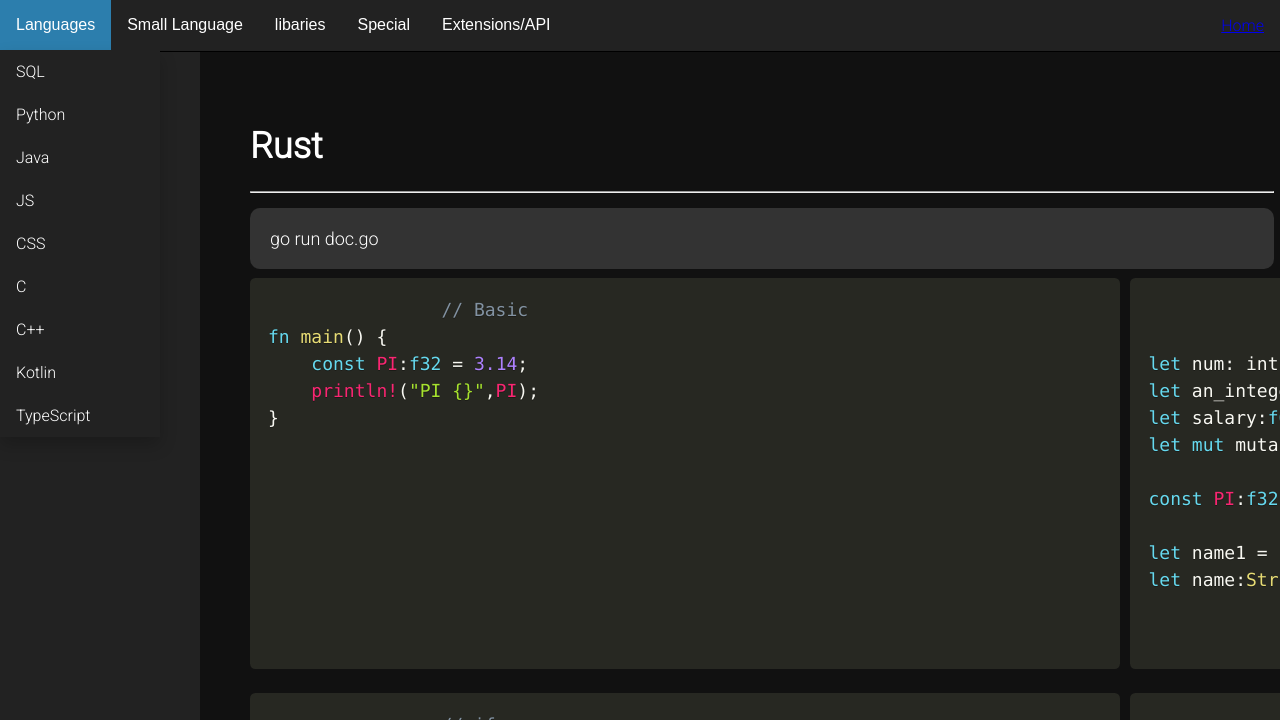
Repository: Max-Rohrhirsch/Max-Rohrhirsch.github.io
Page: documentation/small/rust.html
An editor plug-in stored every save of this project. The page is shown before and after the next save, followed by the edit.
The browser window is 1280 px wide. The pictures show the whole page.

Above is the page before, as saved 2023-10-25 21:22:02.

After the next save:
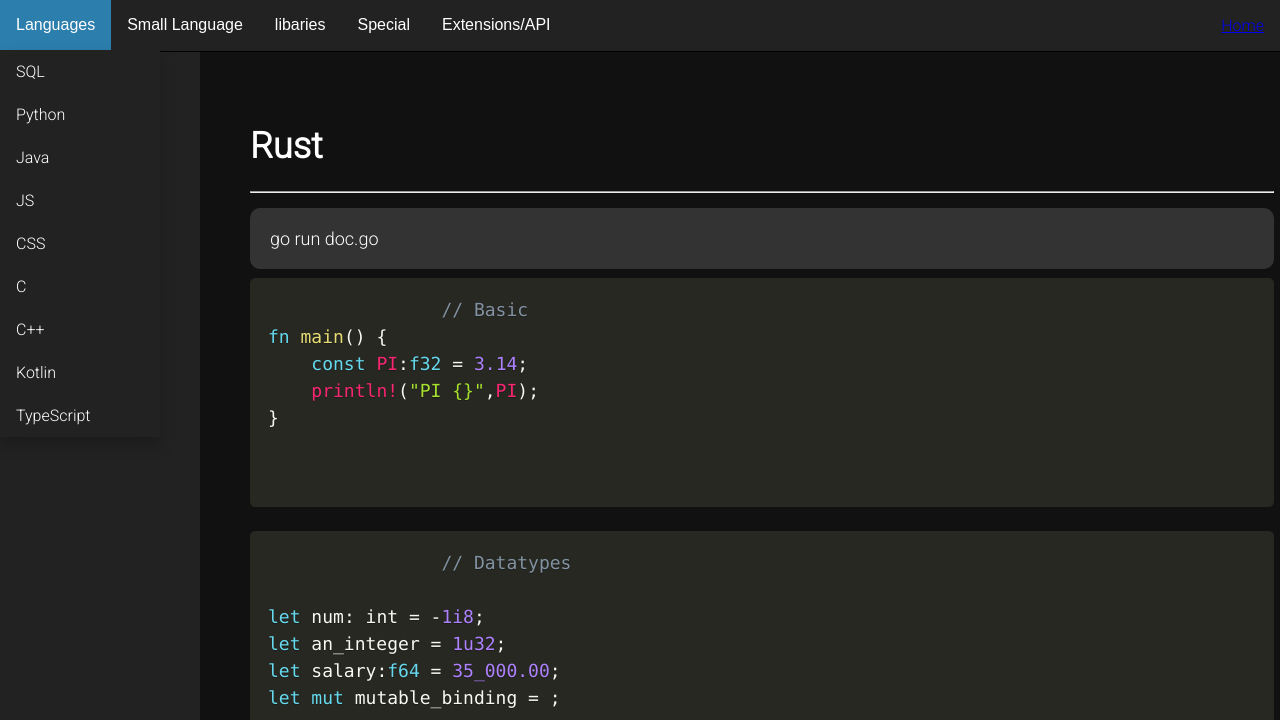
Saved 25 s later.
--- a/documentation/small/rust.html
+++ b/documentation/small/rust.html
@@ -15,7 +15,7 @@
 go run doc.go
             </out>
 
-            <div class="wrapper">
+            <div class="half">
             <pre>
                 <code class="language-rust">// Basic
 fn main() {
